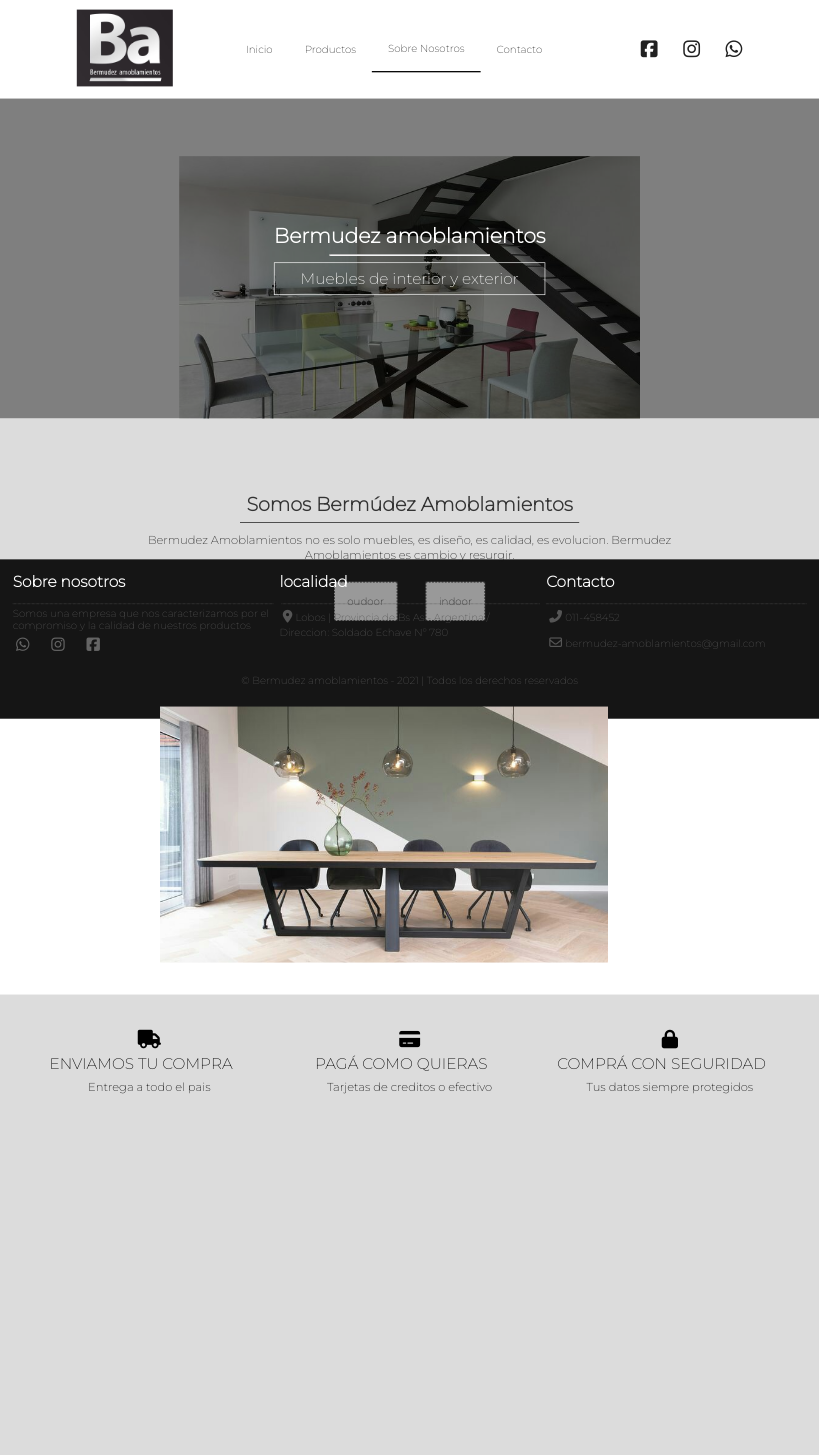
Repository: DamianBermudez94/Bermudez-amoblamientos
Page: index.html
The author's editor kept a copy of each file at every save. The page is drawn from the files as they stood at one save, then again after the next save.
The browser window is 1280 px wide. The pictures show the whole page, at 64% of full size.
Backgrounds fixed to the window are drawn as part of the page. Some web libraries are served in a nearby version.

Above is the page before, as saved 2022-09-22 19:31:01.

### index.html
<!DOCTYPE html>
<html lang="es">
<head>
    <meta charset="UTF-8">
    <meta http-equiv="X-UA-Compatible" content="IE=edge">
    <meta name="viewport" content="width=device-width, initial-scale=1.0">

    <title>Bermudez-Amoblamientos</title>
    <link rel="shortcut icon" href="Imagenes/favicon (1).jpg" type="image/x-icon">
    <!--Estilos-->
    <link rel="preconnect" href="https://fonts.googleapis.com">
    <link rel="preconnect" href="https://fonts.gstatic.com" crossorigin>
    <link href="https://fonts.googleapis.com/css2?family=Montserrat:wght@200&display=swap" rel="stylesheet">
    <script src="https://kit.fontawesome.com/bdbed0aafa.js" crossorigin="anonymous"></script>
    <link rel="preconnect" href="https://fonts.gstatic.com">
    <link href="https://fonts.googleapis.com/css2?family=Roboto:ital,wght@0,300;0,400;1,100;1,300;1,700&display=swap" rel="stylesheet">
    <!--Componente del header-->
    <script defer src="./header/header.js"></script>
    <link rel="stylesheet" href="./header/header.css">

    <!--Componente del footer-->
    <script defer src="./footer/footer.js"></script>
    <link rel="stylesheet" href="./footer/footer.css">

    <script defer src="slider.js"></script>
    <!--Estilos del index-->
    <link rel="stylesheet" href="index.css">
    <script defer src="index.js"></script>

</head>
<body>
    <!--Ir arriba-->
    <div class="go-top">
        <span><i class="fas fa-chevron-up"></i> <a href="https://www.whatsapp.com"><i class="fab fa-whatsapp"></i></a></span>
    </div>
    <header class="header">

    </header>
    <main class="main" >
        <section class="welcome">
            <div class="welcome__container">
                <h1 class="welcome__title">Bermudez amoblamientos</h1>
                <hr class="linea-title">
                <p class="welcome__sub-title">Muebles de interior y exterior</p>

            </div>
        </section>


        <section class="sobre-nosotros">
            <div class="container-tip">
                <h2 class="title-somos-nosotros">Somos Bermúdez Amoblamientos</h2>

                <p class="title-parrafo">Bermudez Amoblamientos no es solo muebles, es diseño, es calidad, es evolucion. Bermudez Amoblamientos es cambio y resurgir.</p>
                <div class="enlaces">
                    <a class="btn-enlaces" href="oudoor.html">oudoor</a>
                    <a class="btn-enlaces" href="indoor.html">indoor</a>
                </div>
            </div>
        </section>
        <!--Seccion Productos-->

            <section class="section-slider">
                <div class="flexslider">
                    <div class="slider" id="slider">
                        <div class="slider-section">
                            <img class="slider-img" src="./indoor/img-indoor/imagenes-indoor/IMG-20210325-WA0018.jpg" alt="">
                            <!--<section class="flex-slider">
                              <h2 class="slider-title">Productos al 50%</h2>
                              <p class="slider-txt">Ofertas</p>
                              <a href="" class="slider__link">Comprar</a>
                            </section>-->
                        </div>
                        <div class="slider-section">
                            <img class="slider-img" src="./indoor/img-indoor/imagenes-indoor/IMG-20210325-WA0019.jpg" alt="">
                            <!--<section class="flex-slider">
                              <h2 class="slider-title">Productos al 50%</h2>
                              <p class="slider-txt">Ofertas</p>
                              <a href="" class="slider__link">Comprar</a>
                            </section>-->

                        </div>
                        <div class="slider-section" >
                            <img class="slider-img" src="./indoor/img-indoor/imagenes-indoor/IMG-20210325-WA0028.jpg" alt="">
                            <!--<section class="flex-slider">
                              <h2 class="slider-title">Productos al 50%</h2>
                              <p class="slider-txt">Ofertas</p>
                              <a href="" class="slider__link">Comprar</a>
                            </section>-->

                        </div>
                    </div>
                    <!--<span class="btn-slider slider_btn-right" id="btn-right"><i class="fas fa-chevron-right"></i></i></span>
                    <span class="btn-slider slider_btn-left" id="btn-left"><i class="fas fa-chevron-left"></i></span>-->
                </div>
            </section>
                <!--<div class="container-editor">
                    <div class="editor__item">
                        <img src="Imagenes/IMG-20210325-WA0014.jpg" alt="" class="editor-img">
                        <p class="editor-circle">Muebles de interior</p>
                    </div>
                    <div class="editor__item">
                        <img  src="Imagenes/IMG-20210325-WA0026.jpg" alt="" class="editor-img">
                        <p class="editor-circle">Muebles de exterior</p>
                    </div>
                </div>-->
            <!--Seccion tips de compras -->
            <section class="container-tips">
                <div class="tip">
                    <i class="tip-icon fas fa-truck"></i>
                    <h2 class="tip-title">ENVIAMOS TU COMPRA</h2>
                    <p class="parrafo-tips">Entrega a todo el pais</p>

                   <!-- <a href="" class="btn-tip">Comprar</a>
                  <a href="" class="btn-tip">comprar</a>
                  <a href=""class="btn-tip">Comprar</a>-->
                </div>
                <div class="tip">
                    <i class="fas fa-credit-card"></i>
                    <h2 class="tip-title">PAGÁ COMO QUIERAS</h2>
                    <p class="parrafo-tips">Tarjetas de creditos o efectivo</p>

                </div>
                <div class="tip">
                    <i class="fas fa-lock"></i>
                    <h2 class="tip-title">COMPRÁ CON SEGURIDAD</h2>
                  <p class="parrafo-tips">Tus datos siempre protegidos</p>
                </div>

            </section>

    </main>
    <!--Footer-->

    <footer class="footer">

    </footer>
</body>
</html>

### header/header.css
/** Estilos del header **/

.header {
 background-color: #fff;

}

.main-header .container {
  position: fixed;
  top: 0;
  left: 0;
  width: 100%;
  height: 30%;
  display: flex;
  align-items: center;
  justify-content: space-between;
  background: #fff;
  z-index: 9999999999;
  padding: 50px;
}

.main-header__container {
  width: 100%;
  display: flex;
  justify-content:space-between;
  padding: 50px;
}
.redes-sociales {
  color: #212121;
  font-size: 50px;
  margin: 5px;
}

.redes-sociales:hover {
  color: #154f66;
}

.main-header__container-redes {
  display: none;

}

.title-img {
  object-fit: cover;
  width: 100%;
  height: 100px;

}
.img_title {
  position: relative;
  top: 0;
  left: 10px;
}

/** Estilos del Menu **/
.main-nav {
  opacity: 0;
  visibility: hidden;
  transition: all 0.5s;
  z-index: 9999999;
}
.mostrar {
  opacity: 1;
  visibility: visible;
}

.menu {
  position: absolute;
  top: 120px;
  left: 0;
  background: #212121;
  width: 100%;
  list-style: none;
  margin: 0;
  padding: 0;
}
.menu__items {
  margin: auto;
}

.menu-link {
  padding: 25px;
  border-bottom: 1px solid #646464;
  color: #fff;
  text-decoration: none;
  display: block;
}
.menu-link:hover {
  background: #000;
  color: #fff;
}

.sub-menu {
  display: none;
}

.sub-link {
  padding-left: 45px;
  border-bottom: 1px solid #646464;
  text-decoration: none;
  color: #fff;
  display: block;
  font-weight: 300;
  font-size: 16px;
}
.sub-link:hover {
  background: #000;
  color: #fff;
  width: 100%;
}
.sub-items .sub-link {
  list-style: none;
  margin: 0 10px;
  padding: 25px 0;
  padding-left: 48px;
}

.main-header__btn {
  border: 1px solid #000;
  display: block;
  padding: 10px 30px;
  color: #000;
  margin: 10px 0;
  text-decoration: none;
}
.btn-menu{
  position: relative;
  top: 35px;
  left: 95px;
  cursor: pointer;
  transition: all 0.5s ease-in-out ;
}
.menu-btn_burger{
  width: 30px;
  height: 3px;
  position: relative;
  top: 20px;
  left: 20px;
  border-radius: 5px;
  background-color: #000;
  transition: all 0.5s ease-in-out;
}
.menu-btn_burger::before,
.menu-btn_burger::after{
 content: "";
 position: absolute;
 top:0;
 left: 0;
 width: 30px;
 height: 3px;
 background-color: #000;
 border-radius: 5px;
 transition: all 0.5s ease-in-out;
}
.menu-btn_burger::before{
  transform: translateY(-16px);
}
.menu-btn_burger::after{
  transform: translateY(16px);
}
.btn-menu.open .menu-btn_burger {
  transform: translateX(-50px);
  background-color: transparent;
}
.btn-menu.open .menu-btn_burger::before {
  transform: rotate(45deg) translate(35px, -35px);
}
.btn-menu.open .menu-btn_burger::after {
  transform: rotate(-45deg) translate(35px, 35px);
}
@media (min-width: 760px) {


  .main-header__container{
    padding: 50px;

  }
  .main-header__container-redes{
    display: flex;
    justify-content: space-between;
    align-items: center;

  }
  .redes-sociales {
    color: #212121;
    font-size: 25px;
    margin: 10px;
    position: relative;
    top: 0;
    left: 0;
    display: block;
  }
  .menu {
    top: 180px;
  }
  .title-somos-nosotros {
    font-size: 28px;
    text-align: center;
    padding: 10px;
  }
}


@media (min-width: 960px) {

  .main-header__container {
    width: 100%;
    height: 100%;
    display: flex;
    align-items: center;
    justify-content: space-evenly;
    padding: 0 120px 0;


  }

  .main-nav {
    visibility: visible;
    opacity: 1;
    width: 100%;
    right: 25px;
    margin: 0;
  }
  .main-header-link {
    color: #333;
    border-bottom: none;
  }
  .main-header__container .main-nav .menu li a.active {
    border-bottom: 2px solid #000;
  }

  .menu {
    position: static;
    width: 100%;
    display: flex;
    align-items: center;
    justify-content: center;
    background: none;
  }

  .menu__items {
    padding: 0;
    margin: 0;
    display: flex;
  }
  .menu-link {
    color: #212121;
    border-bottom: none;
  }
  .menu-link:hover {
    color: #f7f7f7;
  }

  .main-nav .menu .sub-menu {
    display: none;
    transition: all 0.5s;
  }
  .main-nav .menu .menu__items {
    display: flex;
    justify-content: space-between;
    align-items: center;
  }

  .menu .menu__items:hover .sub-menu {
    display: block;
    position: absolute;
    top: 120px;
    left: 485px;
    width: 300px;
  }

  .sub-link {
    position: relative;
    top: 15px;
    left: 15px;
    width: 300px;
    text-decoration: none;
    color: #151515;
    background: #f7f7f7;
    font-size: 16px;
    transition: all 0.5s;
  }
  .sub-link:hover {
    max-width: 300px;
    color: #fff;
    background: #151515;
  }
  .sub-items {
    list-style: none;
  }

  .title-img {
    object-fit: cover;
    font-size: 24px;
    width: 150px;
    height: 150px;
    padding: 15px 0 15px 0;
    margin: 0;
  }
  .img_title {
    position: initial;
  }

  .main-header__container-redes {

  }
  .redes-sociales {
    position: relative;
    top: 0;
    left: 20px;
    margin: 15px;
    padding: 5px;
    font-size: 30px;
    display: block;
  }
  .btn-menu {
    display: none;
  }
}

### footer/footer.css
/** Estilos Del footer **/

.footer {

  padding: 20px;
  background: #151515;
  color: #fff;
}
.redes-footer {
  padding: 15px;
  position: relative;
  top: 0;
  left: -10px;
  font-size: 1.5em;
  color: #646464;
  margin: 0;
  transition: all 0.5s;
}
.redes-footer:hover {
  color: #fff;
}
.footer-txt {
  color: #555;
  padding: 5px 0;
}
.footer-link {
  color: #555;
  text-decoration: none;
  display: block;
  padding: 10px 0;
}

.title-footer {
  border-bottom: 1px dotted #555;
  padding-bottom: 20px;
}
.redes {
  font-size: 20px;
  margin: 5px;
}
.container-copy{
  text-align: center;
  padding: 10px;
}
.copy {
  color: #555;
  margin: 10px 0;
  padding: 10px;
}
@media screen and (min-width:720px) {
  .container-footer {

    display: grid;
    grid-template-columns: repeat(3, 1fr);
    gap: 10px;

  }

}

### index.css
* {
  padding: 0;
  margin: 0;
  box-sizing: border-box;
  font-family: 'Montserrat', sans-serif;
}

/** Go top **/
.go-top {
  position: fixed;
  bottom: 0px;
  right: -100%;
  width: 50px;
  height: 50px;

  background: #fff;
  z-index: 9999;
  display: flex;
  justify-content: center;
  align-items: center;
  cursor: pointer;
  transition: 500ms;
}
.go-top:hover {
  border: 2px solid #fff;
  border-radius: 50%;
  background: rgb(71, 71, 71);
}
.go-top:hover span {
  color: #fff;
}
.go-top > span {
  font-size: 25px;
  color: #000;
}
main{

  height: 100vh;
  background: url("./indoor/img-indoor/imagenes-indoor/IMG-20210325-WA0038.jpg");
  background-position: center;
  background-attachment: fixed;
  background-repeat: no-repeat;
  background-size: 100vh;

}

/** Diseño del Welcome**/

.welcome {
  width: 100%;
  height: 500px;
  background-color: rgba(0, 0, 0, 0.5);
  display: flex;
  align-items: center;
  justify-content: center;
  flex-direction: column;
}

.welcome__title {
  font-size: 32px;
  color: #fff;
  font-weight: 700;
  text-align: center;
  margin: 10px;
}

.welcome hr {
  width: 250px;
  margin: auto;
  height: 3px;
  background: #fff;
}
.welcome__sub-title {
  font-size: 24px;
  margin: 10px;
  color: #fff;
  border: 1px solid #fff;
  padding: 10px;

  text-align: center;
}

/** Fin del style**/

/********* Seccion sobre nosotros ****/
.sobre-nosotros{
  width: 100%;
  height: 400px;
}
.container-tip {
  display: flex;
  justify-content: center;
  align-items: center;
  flex-direction: column;
  height: 100%;
  margin: 0;
  padding:10px;
  background-color: #dcdcdc;
}
.title-somos-nosotros {

  font-size: 24px;
  font-weight: bold;
  text-align: center;
  color: #333;
  border-bottom: 1px solid #000;
}

.title-parrafo {
 width: 70%;
  text-align: center;
  font-weight: 400;
  font-size: 18px;
  margin-top: 15px;
  line-height: 24px;
  color: #151515;
}
.enlaces {
  margin-top: 50px;
}
.btn-enlaces {
  width: 100%;
  padding: 20px;
  margin:20px;
  text-decoration: none;
  border: 1px dashed #000;
  transition: all 0.5s;
  cursor: pointer;
  color: #212121;
  background: #999999;
}
.btn-enlaces:hover {
  background: #212121;
  color: #fff;
}


/*****Diseño del slider****/

.flexslider {
  width: 100%;
  height: 500px;
  position: relative;
  overflow: hidden;

}
.slider {
  display: flex;
  width: 300%;
  height: 300px;
  margin-left: -100%;
  position: relative;
}


.slider-section {
  position: relative;
  top: 50px;
  width: 100%;
  display: flex;
  justify-content: center;
  align-items: center;

}

.slider-img {
  position: absolute;
  top: 0;
  width: 300px;
  height: 400px;
  object-fit: cover;

}



/** Seccion tips informaticos **/

.container-tips {
  height: 500px;
  padding: 30px;
  text-align: center;
  background-color: #dcdcdc;
}
.tip-title {
  font-size: 16px;
  font-weight: 300;
}

.tip i {
  font-size: 24px;
  padding: 20px 0;
}
.parrafo-tips {
  font-size: 14px;
  text-align: center;
  font-weight: 300;
  margin-top: 8px;
}

/** Estilo responsive para tablet **/

@media screen and (min-width: 768px) {

  .slider-img {
    width: 600px;
    height: 400px;
    object-fit: cover;

  }
  .container-tips {
    display: grid;
    grid-template-columns: repeat(3, 1fr);
  }
  .tip-icon {
    font-size: 29px;
  }
  .tip-title {
    font-size: 24px;
    font-weight: 700;
  }
  .parrafo-tips {
    font-size: 18px;
  }
  .title-somos-nosotros{
    font-size: 30px;
  }
}

@media (min-width: 1024px) {
  /**header **/
  .header-img {
    display: flex;
    justify-content: center;
    align-items: center;
    margin: 0 auto;
  }
  .header-img .welcome h1 {
    font-size: 50px;
    color: #fff;
    font-weight: 700;

    margin-bottom: 35px;
  }
  .header-img .welcome .linea-title {
    width: 400px;
    height: 5px;
    background: #fff;
    border: none;
    margin-top: -15px;
    text-align: center;
  }
  .header-img .welcome p {
    width: 500px;
    font-size: 30px;
    font-weight: 200;
    color: #fff;
    border: 3px solid #fff;
    padding: 10px;
    margin-top: 30px;
  }

  /** Fin del header **/


  /**** Seccion slider ****/

  .slider-img {
    width: 600px;
    height: 400px;


  }



  /***** Seccion Tips **/
  .container-tips {
    width: 100%;
    height: 100%;
    position: relative;
  }

  .tip-title {
    padding-right: 26px;
    font-weight: 400;
  }
  .tip {
    padding: auto;
    margin: 15px auto;
  }
  .tip i {
    font-size: 29px;
    text-align: center;
    padding: 10px 10px;
  }
  .parrafo-tips {
    font-size: 18px;
    margin: 10px auto;
  }
}
@media screen and (min-width: 1280px) {
  .main-header {
    position: relative;
    width: 100%;
  }
  .main-header .container {
    position: absolute;
    top: 0;
    left: 0;
    width: 100%;
    height: 30%;
    background: #fff;
    display: flex;
    justify-content: space-between;
    align-items: center;
    z-index: 9999999999;
  }
  .container {
    width: 1000px;
    margin: auto;
  }
  .main-header__container:nth-child(3) {
    padding-left: 50px;
  }


  .slider-img {
    width: 700px;
    height: 400px;

  }
}
@media screen and (min-width: 1600px) {
  .main-header {
    position: relative;
    width: 100%;
  }
  .main-header .container {
    position: fixed;
    top: 0;
    left: 0;
    width: 100%;
    height: 30%;
    background: #fff;
    display: flex;
    justify-content: space-between;
    align-items: center;
    z-index: 9999;
  }
  .container {
    width: 1400px;
    margin: auto;
  }
  .main-header__container:nth-child(3) {
    padding-left: 100px;
  }
}

### footer/footer.js
function footerComponet(el) {
  const footerEl = document.createElement("div");
  footerEl.innerHTML = `  <div class="container-footer">
    <div class="footer-section">
        <h2 class="title-footer">Sobre nosotros</h2>
        <p class="footer-txt">Somos una empresa que nos caracterizamos por el compromiso y la calidad de nuestros productos</p>
        <a href="" class="redes-footer"><i class="fab fa-whatsapp"></i></a>
        <a href="" class="redes-footer"><i class="fab fa-instagram"></i></a>
        <a href="" class="redes-footer"><i class="fab fa-facebook-square"></i></a>
    </div>

    <div class="footer-section">
      <h2 class="title-footer">localidad</h2>
      <p class="footer-txt"><i class="fas fa-map-marker-alt redes"></i>Lobos | Provincia de Bs As - Argentina / Direccion: Soldado Echave Nº 780</p>

    </div>
    <div class="footer-section">
      <h2 class="title-footer">Contacto</h2>
      <p class="footer-txt"><i class="fas fa-phone-alt redes"></i>011-458452</p>
      <p class="footer-txt"><i class="far fa-envelope redes"></i>bermudez-amoblamientos@gmail.com</p>
    </div>



  </div>
  <div class="container-copy">
    <p class="copy">&copy; Bermudez amoblamientos - 2021 | Todos los derechos reservados </p>
  </div>
  `;

  el.appendChild(footerEl);
  console.log("sadasdasd", footerEl);
}

### slider.js
// Animacion slider

const slider = document.querySelector("#slider");
let sliderSection = document.querySelectorAll(".slider-section");
let sliderSectionLast = sliderSection[sliderSection.length - 1];

slider.insertAdjacentElement("afterbegin", sliderSectionLast);

function nextRight() {
  let sliderSectionFirts = document.querySelectorAll(".slider-section")[0];

  slider.style.marginLeft = "-200%";
  slider.style.transition = "0.8s ease-in-out";

  setTimeout(function () {
    slider.style.transition = "none";
    slider.insertAdjacentElement("beforeend", sliderSectionFirts);
    slider.style.marginLeft = "-100%";
  }, 1200);
}
function Prev() {
  let sliderSection = document.querySelectorAll(".slider-section");
  let sliderSectionLast = sliderSection[sliderSection.length - 1];
  slider.style.marginLeft = "0";

  setTimeout(function () {
    slider.style.transition = "none";
    slider.insertAdjacentElement("afterbegin", sliderSectionLast);
    slider.style.marginLeft = "-100%";
  }, 1200);
}

/*btnLeft.addEventListener("click", function () {
  Prev();
});
const btnRight = document.querySelector("#btn-right");
const btnLeft = document.querySelector("#btn-left");

btnRight.addEventListener("click", function () {
  nextRight();
});*/

setInterval(function () {
  nextRight();
}, 5000);

### index.js
function main() {
  headertComponet(document.querySelector(".header"));
  footerComponet(document.querySelector(".footer"));

  menu();
}
main();

Loaded but not shown: header/header.js (87 lines, source omitted)

After the next save:
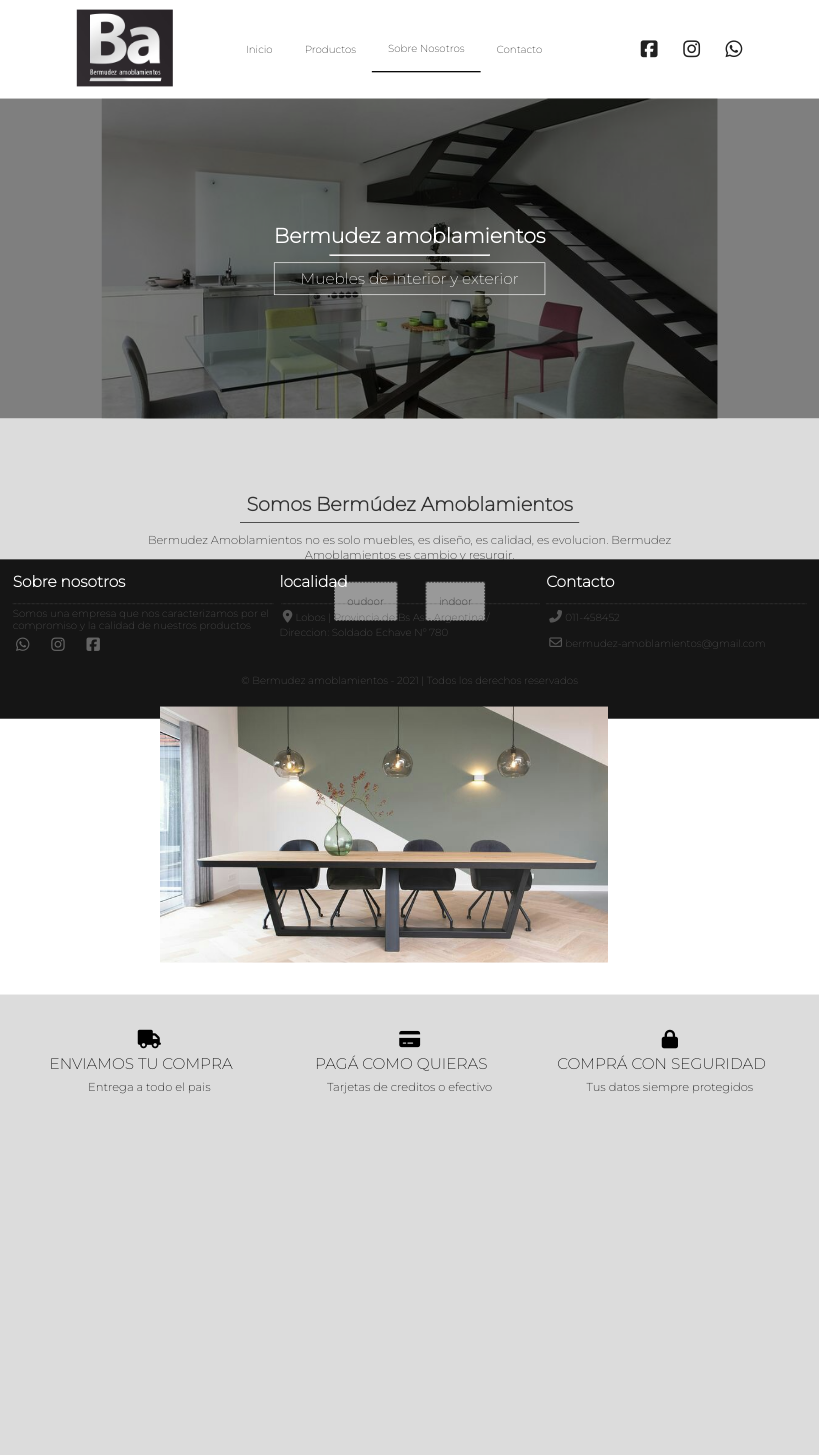
Saved 6 s later.
--- a/index.css
+++ b/index.css
@@ -40,7 +40,7 @@ main{
   background-position: center;
   background-attachment: fixed;
   background-repeat: no-repeat;
-  background-size: 100vh;
+  background-size: contain;
 
 }
 
